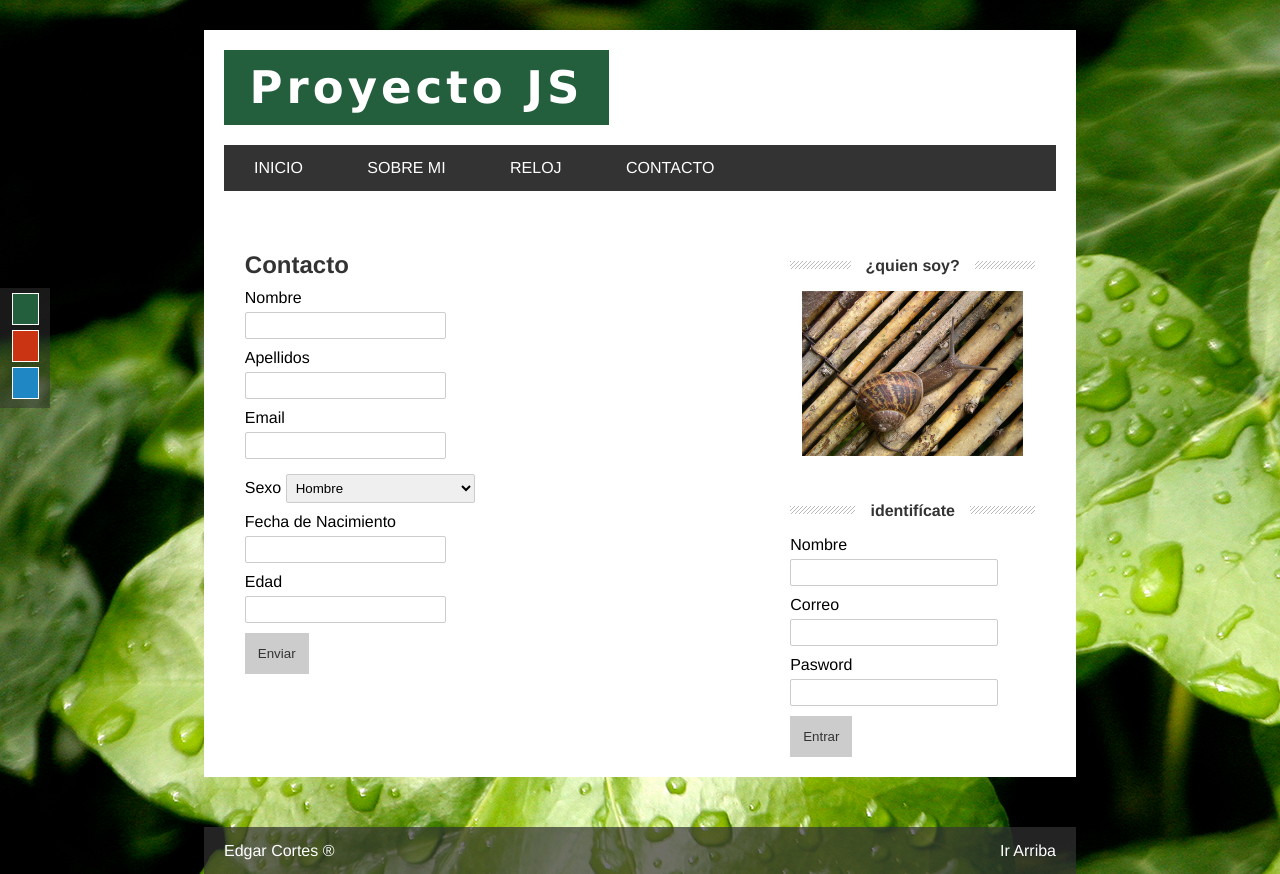
Repository: eucortes/demopage
Page: javascript/Proyecto/contacto.html
The author's editor kept a copy of each file at every save. The page is drawn from the files as they stood at one save, then again after the next save.
The browser window is 1280 px wide. The pictures show the whole page.
Backgrounds fixed to the window are drawn as part of the page. Some web libraries are served in a nearby version.

Above is the page before, as saved 2019-09-30 17:12:08.

After the next save:
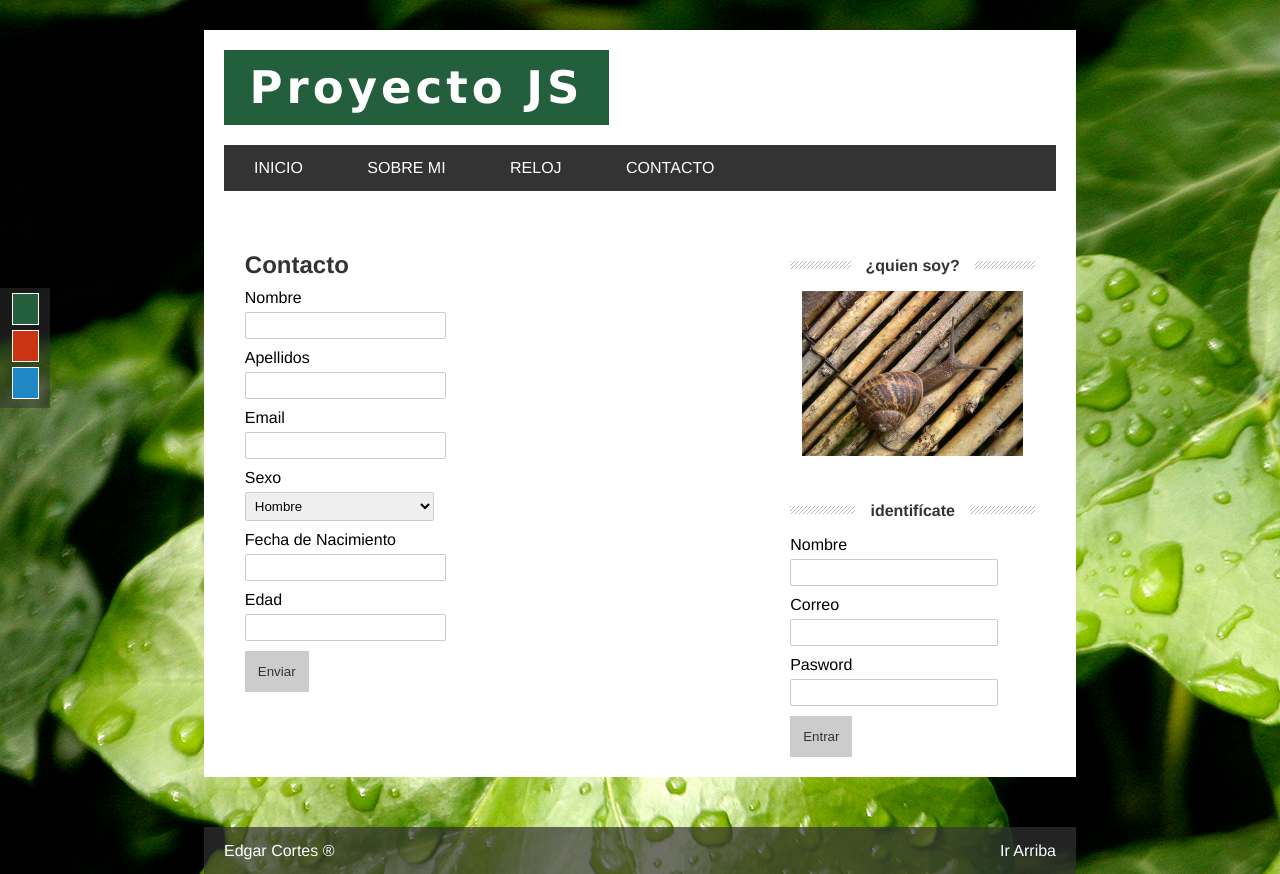
Saved 64 s later.
--- a/javascript/Proyecto/css/styles-contact.css
+++ b/javascript/Proyecto/css/styles-contact.css
@@ -4,5 +4,7 @@
     font-family:  Helvetica,Arial, sans-serif
 }
 #form_contact label{
+    display:block;
 width: 100%
+margin-top:5px;
 }
